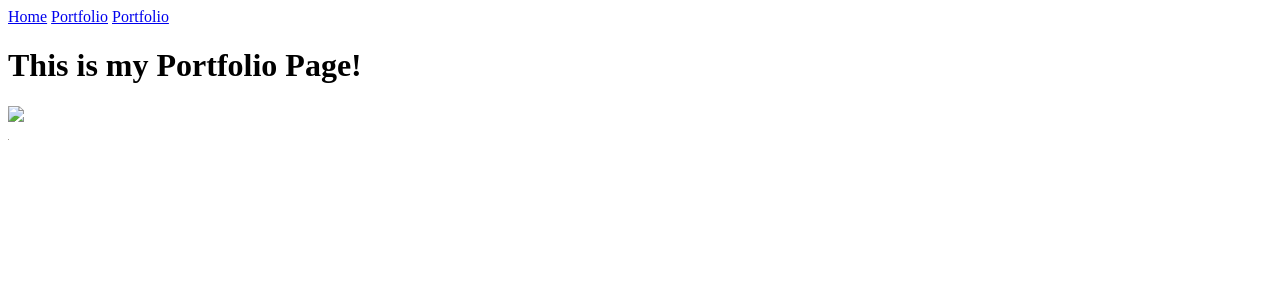
Repository: CoreyEsqueda/CoreyEsqueda.github.io
Page: my_website/aboutme.html
The author's editor kept a record of every edit. The page is drawn from the files as they stood at one moment, then again after the next edit.
The browser window is 1280 px wide. The pictures show the whole page.

Above is the page before.
Not found: my_website/images/myAvatar.jpg

After the next edit:
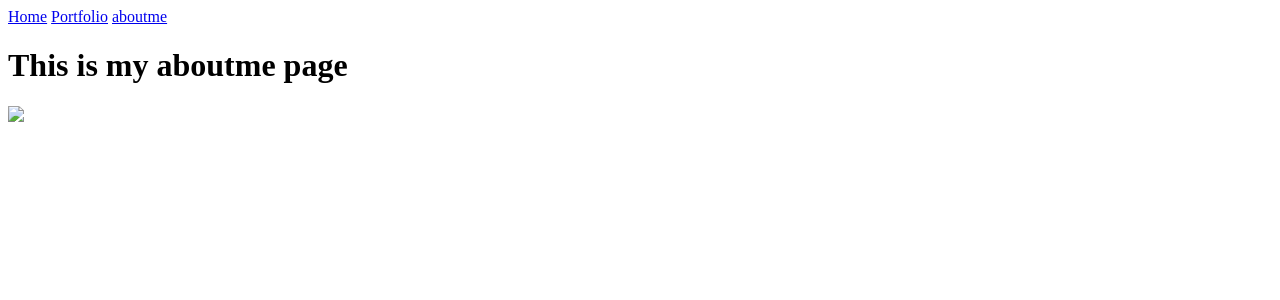
The edit:
--- a/my_website/aboutme.html
+++ b/my_website/aboutme.html
@@ -7,12 +7,8 @@
 	  <body>
     <a href="index.html">Home</a>
     <a href="portfolio.html">Portfolio</a>
-    <a href="aboutme.html">Portfolio</a>
-    <h1>This is my Portfolio Page!</h1>
+    <a href="aboutme.html">aboutme</a>
+    <h1>This is my aboutme page</h1>
     <img src="images/myAvatar.jpg" height="250">
-    <br>
-    <a target="_blank" href="https://avatarmaker.com/">
-      <img src="images/myAvatar.png" height="1">
-    </a>
 	  </body>
 	</html>
